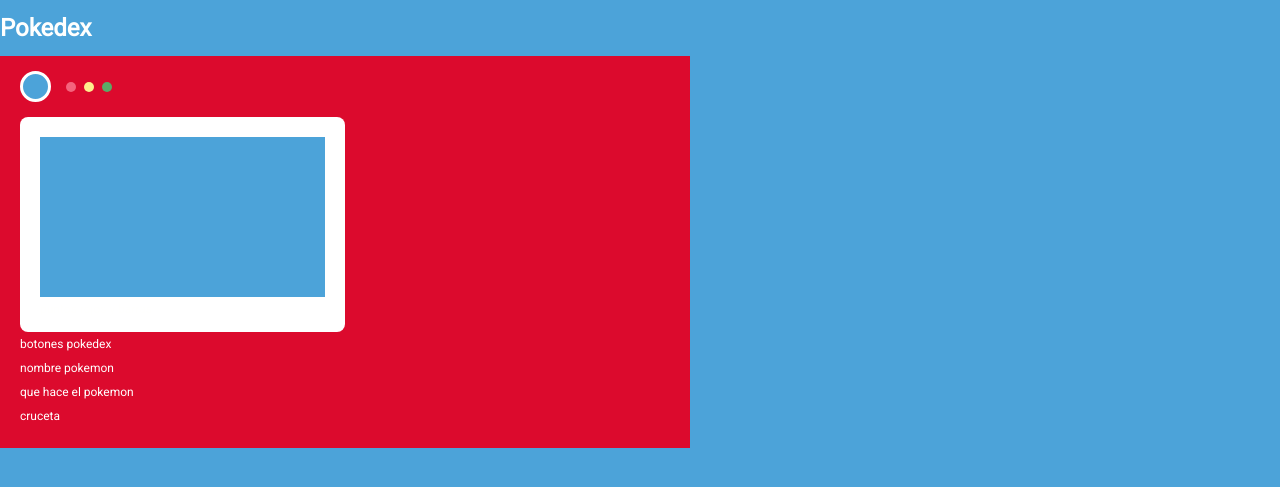
Repository: darkmantiz2/pokedex
Page: index.html
These files come from the project's save history. The page is drawn as it stood at one moment and after the next save; the edit follows.
The browser window is 1280 px wide. The pictures show the whole page.

Above is the page before, as saved 2022-01-18 18:39:36.

### index.html
<!DOCTYPE html>
<html lang="en">
  <head>
    <meta charset="UTF-8" />
    <meta http-equiv="X-UA-Compatible" content="IE=edge" />
    <meta name="viewport" content="width=device-width, initial-scale=1.0" />
    <link
      href="https://fonts.googleapis.com/css2?family=Roboto&display=swap"
      rel="stylesheet"
    />
    <link rel="stylesheet" href="./css/index.css" />
    <title>Pokedex</title>
  </head>
  <body>
    <h1>Pokedex</h1>

    <section class="pokedex">
      <div class="pokedex-info">
        <div class="pokedex-cam">
          <span class="pokedex-cam-circle-blue"></span>
          <span class="pokedex-cam-circle-red"></span>
          <span class="pokedex-cam-circle-yellow"></span>
          <span class="pokedex-cam-circle-green"></span>
        </div>
        <div class="pokedex-screen">
          <div class="pokedex-screen-pokemon"></div>
          <div class="pokedex-screen-redpoints">puntos rojos y barras</div>
        </div>
        <div class="container-buttons">botones pokedex</div>
        <div class="container-info">
          <div class="pokemon-name">nombre pokemon</div>
          <div class="pokemon-description">que hace el pokemon</div>
          <div class="select-button">cruceta</div>
        </div>
      </div>
      <div class="pokedex-stats"></div>
    </section>
  </body>
</html>

### css/index.css

:root {
  --white: #fffffe;
  --black: #300f16;
  --primary: #dc0a2d;
  --green:#5baa67;
  --red :#f4647d ;
  --yellow-light:#feef8d;
  --secondary: #163355;
  --blue: #4ca3d9;
  --body1: 400 0.75rem/1.5rem Roboto;
  --body3: 400 0.5rem/0.4556451737880707rem Roboto;
  --body2-regular: 400 0.75rem/1.375rem Space Mono;
}

body {
  color: var(--white);
  background-color: var(--blue);
  font: var(--body1);
  margin: 0;
}

.pokedex{
  background-color: var(--primary);
  width: 650px;
  display: flex;
  justify-content: center;
  align-items: center;
  padding: 15px 20px 20px 20px;
}

.pokedex-info {
  width: 50%;
}

.pokedex-stats {
  width: 50%;
}

.pokedex-cam{
  display: flex;
  align-items: center;
  padding-bottom: 15px;
}

.pokedex-cam-circle-blue {
  display: inline-block;
  width: 25px;
  height: 25px;
  border-radius: 50%;
  background: var(--blue);
  border: 3px solid white;
  margin-right: 15px;
}

.pokedex-cam-circle-red{
  display: inline-block;
  width: 10px;
  height: 10px;
  border-radius: 50%;
  background: var(--red);
  margin-right: 8px;
}

.pokedex-cam-circle-yellow{
  display: inline-block;
  width: 10px;
  height: 10px;
  border-radius: 50%;
  background: var(--yellow-light);
  margin-right: 8px;
}

.pokedex-cam-circle-green{
  display: inline-block;
  width: 10px;
  height: 10px;
  border-radius: 50%;
  background: var(--green);
  margin-right: 8px;
}

.pokedex-screen{
  background: white;
  width: 100%;
  height: 215px;
  border-radius: 8px;
  padding: 20px;
  box-sizing: border-box;
}

.pokedex-screen-pokemon {
  background: var(--blue);
  height: 160px;
}

.container-buttons{
}

.container-info{
}

After the next save:
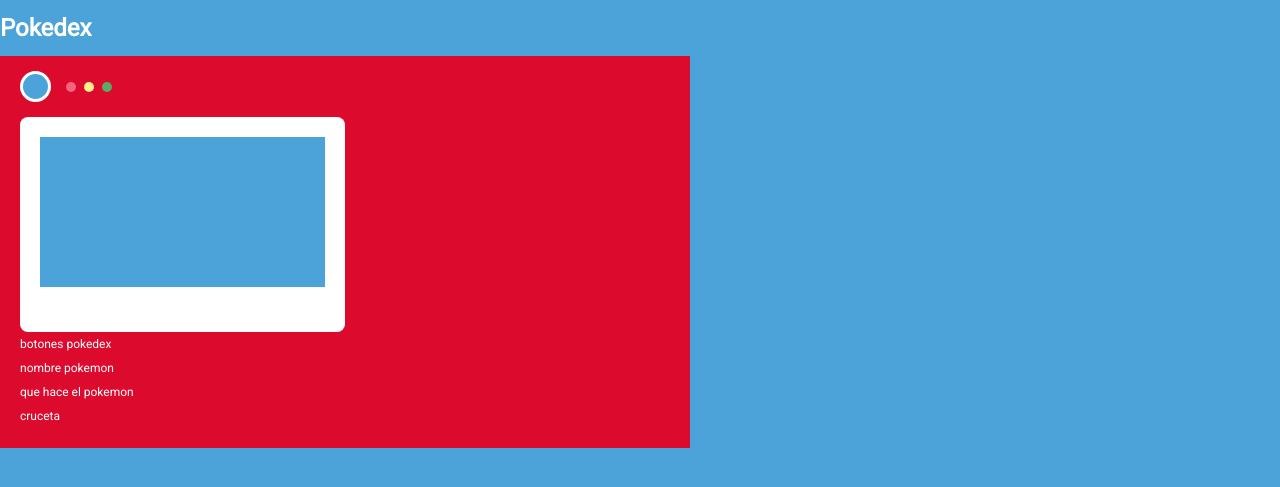
Saved 15 s later.
--- a/css/index.css
+++ b/css/index.css
@@ -91,7 +91,7 @@
 
 .pokedex-screen-pokemon {
   background: var(--blue);
-  height: 160px;
+  height: 150px;
 }
 
 .container-buttons{
